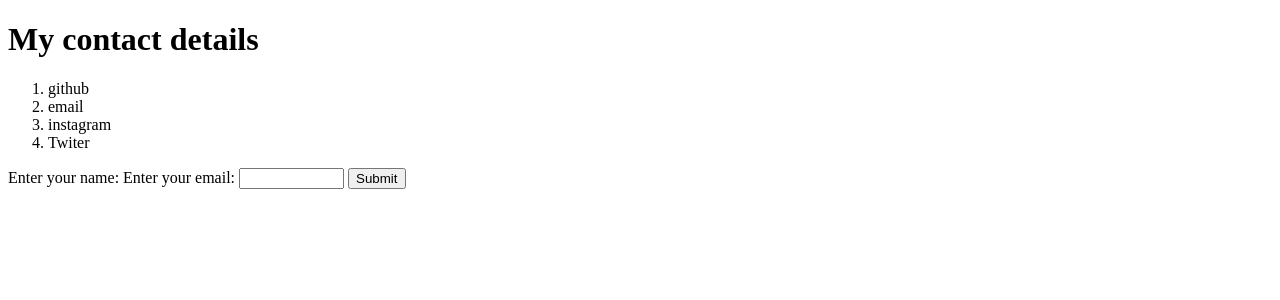
Repository: ew-code/Web-Development
Page: HTML - Personal Site/contact.html
The author's editor kept a copy of each file at every save. The page is drawn from the files as they stood at one save, then again after the next save.
The browser window is 1280 px wide. The pictures show the whole page.

Above is the page before, as saved 2021-01-04 22:52:37.

### HTML - Personal Site/contact.html
<!DOCTYPE html>
<html lang="en">

<head>
  <meta charset="UTF-8">
  <meta name="viewport" content="width=device-width, initial-scale=1.0">
  <meta http-equiv="X-UA-Compatible" content="ie=edge">
  <title>Contact me</title>
</head>

<body>
  <h1>My contact details</h1>
  <ol>
    <li>github</li>
    <li>email</li>
    <li>instagram</li>
    <li>Twiter</li>
  </ol>

  <form>
  <label for="name">Enter your name:</label>
  <label for="email">Enter your email:</label>
  <input type="email" name="email" id="email" required
  minlength="4" maxlength="50" size="10">
  <input type="submit">
</form>

</body>

</html>

After the next save:
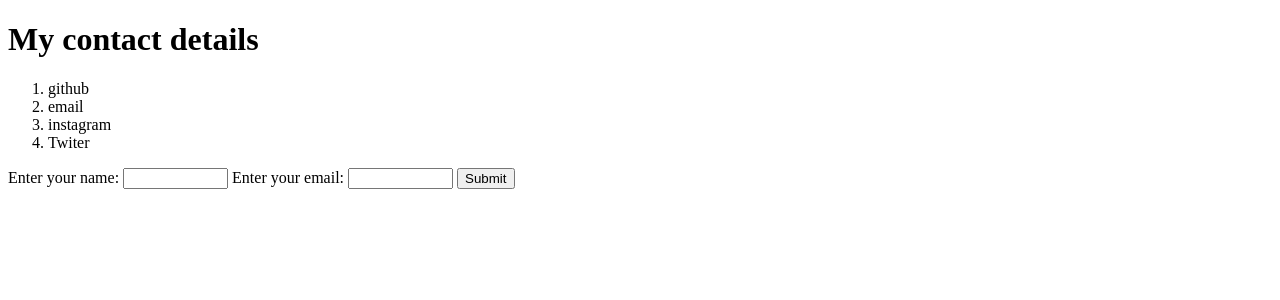
Saved 13 s later.
--- a/HTML - Personal Site/contact.html
+++ b/HTML - Personal Site/contact.html
@@ -19,6 +19,8 @@
 
   <form>
   <label for="name">Enter your name:</label>
+   <input type="email" name="email" id="email" required
+ minlength="4" maxlength="50" size="10">
   <label for="email">Enter your email:</label>
   <input type="email" name="email" id="email" required
   minlength="4" maxlength="50" size="10">
